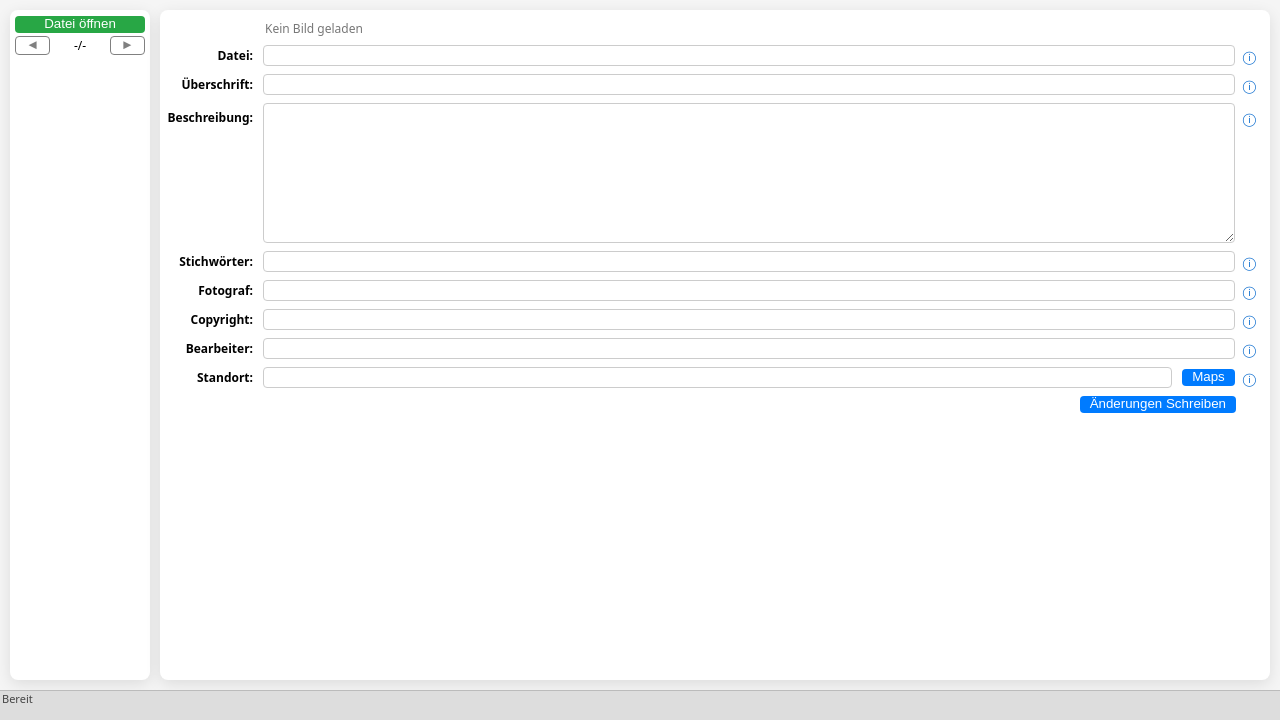
Repository: h-fahle/metadata
Page: ui/index.html
The author's editor kept a copy of each file at every save. The page is drawn from the files as they stood at one save, then again after the next save.
The browser window is 1280 px wide. The pictures show the whole page.

Above is the page before, as saved 2026-08-19 19:06:23.

### ui/index.html
<!DOCTYPE html>
<html lang="de">

<head>
	<meta charset="UTF-8">
	<title>Tauri ExifTool Test</title>
	<script src="script.js" defer></script>
	<link rel="stylesheet" href="style.css">
</head>

<body>

	<main id="main-container">

		<!-- Das Vorschaubild links -->
		<aside id="sidebar">

			<button id="file-open" onclick="dateiAuswählen()">Datei öffnen</button>

			<div id="nav">
				<button class="blaettern" onclick="blaettern(-1)">◄</button>
				<span id="img-nummer">-/-</span>
				<button class="blaettern" onclick="blaettern(1)">►</button>
			</div>

			<!-- 		<select id="menue-oeffnen" onchange="menueAktion(this)" >
				<option value="dateien">🖼️ Bilder öffnen...</option>
				<option value="ordner">📁 Ordner öffnen...</option>
			</select>
 -->
			<img id="vorschau-bild" src="" style="display:none;" />
			<div id="bild-info" style="text-align:center;">
				<span id="img-datum"></span><br>
				<span id="img-groesse"></span>
			</div>
		</aside>

		<!-- Das Formular rechts -->
		<section id="form-container">

			<div id="ordner-pfad">Kein Bild geladen</div>

			<div class="form-row">
				<label for="filename">Datei:</label>
				<input type="text" id="filename" name="filename" />
				<div class="tooltip-container">
					<span class="info-icon">ⓘ</span>
					<div class="tooltip-box">Im Einzelmodus: Änderung des Dateinamens bewirkt Umbenennung der Datei.
						Im Stapelmodus: Ordnername is nicht änderbar.!
					</div>
				</div>
			</div>

			<div class="form-row">
				<label for="caption">Überschrift:</label>
				<input type="text" id="caption" name="caption" />
				<div class="tooltip-container">
					<span class="info-icon">ⓘ</span>
					<div class="tooltip-box">Auch: (Dokument-)Titel, Schlagzeile, Headline
					</div>
				</div>
			</div>

			<div class="form-row form-row-top">
				<label for="description">Beschreibung:</label>
				<textarea id="description" name="description"></textarea>
				<div class="tooltip-container">
					<span class="info-icon">ⓘ</span>
					<div class="tooltip-box">Beschreibender Text in beliebiger Länge.
						(Im Stapelmodus wird der eingegebene Text
						&nbsp;&nbsp; an vorhandenen angehängt.)
						Hinweis: Einige Programme zeigen nur 2.000 Zeichen
						&nbsp;&nbsp; oder auch weniger an.
					</div>
				</div>
			</div>

			<div class="form-row">
				<label for="keywords">Stichwörter:</label>
				<input type="text" id="keywords" name="keywords" />
				<div class="tooltip-container">
					<span class="info-icon">ⓘ</span>
					<div class="tooltip-box">Komma-separierte Liste. Groß-/Kleinschreibung beachten.
						Im Stapelmodus werden die eingegebenen Stichwörter
						&nbsp;&nbsp; an vorhandene angehängt.
					</div>
				</div>
			</div>

			<div class="form-row">
				<label for="creator">Fotograf:</label>
				<input type="text" id="creator" name="creator" />
				<div class="tooltip-container">
					<span class="info-icon">ⓘ</span>
					<div class="tooltip-box">Urheber, Ersteller, Autor
						(Tags: Artitst, Creator, By-line)
					</div>
				</div>
			</div>

			<div class="form-row">
				<label for="copyright">Copyright:</label>
				<input type="text" id="copyright" name="copyright" />
				<div class="tooltip-container">
					<span class="info-icon">ⓘ</span>
					<div class="tooltip-box">Urheberrechtshinweis; enthält in der Regel:
						Name des Fotografen, Aufnahmejahr und Nutzungsrechte;
						(z.B. 'Copyright [1975] [Mustermann], Alle Rechte vorbehalten')
					</div>
				</div>
			</div>

			<div class="form-row">
				<label for="editor">Bearbeiter:</label>
				<input type="text" id="editor" name="editor" />
				<div class="tooltip-container">
					<span class="info-icon">ⓘ</span>
					<div class="tooltip-box">Verfasser der Metadaten
						(Tags: Caption Writer, Writer Editor)
					</div>
				</div>
			</div>

			<div class="form-row">
				<label for="position">Standort:</label>
				<input type="text" id="position" name="position" />
				<button type="button" onclick="zeigeMaps(event)" style="background: #007BFF;">Maps</button>
				<div class="tooltip-container">
					<span class="info-icon">ⓘ</span>
					<div class="tooltip-box">GPS-Koordinaten in Dezimalgrad (51.49129, 8.43317).
						Ermitteln der Koordinaten in der Google Maps-Karte:
						&nbsp; 1. mit rechter Maustaste auf den Standort klicken,
						&nbsp; 2. auf die angezeigten Koordinaten klicken,
						&nbsp; 3. der so gespeicherte Wert kann dann mit Strg+V
						&nbsp;&nbsp;&nbsp;&nbsp;&nbsp;&nbsp; kopiert werden."
					</div>
				</div>
			</div>

			<!-- Button-Leiste -->
			<div class="button-group">
				<button type="button" onclick="exifSchreiben(event)" style="background: #007BFF;">Änderungen
					Schreiben</button>
			</div>

		</section> <!-- Ende der form-containers-->
	</main> <!-- Ende des main-containers -->

	<footer id="statusleiste">
		<div id="status-text">
			Bereit
		</div>
	</footer>


</body>

</html>

### ui/script.js
let aktuellerBildPfad = "";
let bilderListe = [];
let aktuellerIndex = -1;
let status = document.getElementById('statusleiste');


function zeigeStatus(nachricht) {
    status.innerText = nachricht;
}

async function dateiAuswählen() {
    try {
        const ergebnis = await window.__TAURI__.core.invoke('plugin:dialog|open', {
            options: {
                title: 'Bilddatei für ExifTool auswählen',
                directory: false,
                multiple: false,
                filters: [
                    { name: 'Bilder', extensions: ['jpg', 'jpeg', 'png', 'gif', 'tif', 'tiff', 'webp', 'avif', 'heic', 'heif'] }
                ]
            }
        });

        if (ergebnis) {
            const pfad = typeof ergebnis === 'object' ? ergebnis.path : ergebnis;
            aktuellerBildPfad = pfad;

            // Bilderliste des Ordners auslesen
            await ladeOrdnerBilder(pfad);

            // Metadaten für das aktuelle Bild einlesen
            exifAuslesen();
        }
    } catch (fehler) {
        zeigeStatus("Dialog-Fehler: " + fehler);
    }
}

async function ladeOrdnerBilder(pfad) {
    try {
        bilderListe = await window.__TAURI__.core.invoke('hole_ordner_bilder', { dateipfad: pfad });
        // Finde den Index des aktuell geöffneten Bildes
        aktuellerIndex = bilderListe.indexOf(pfad);
    } catch (fehler) {
        console.error("Fehler beim Laden des Ordnerinhalts:", fehler);
        ausgabe.innerHTML = "<span style='color: red;'>Fehler beim Laden des Ordnerinhalts: " + fehler + "</span>";
        bilderListe = [pfad];
        aktuellerIndex = 0;
    }
}

function blaettern(richtung) {
    if (bilderListe.length === 0) return;

    aktuellerIndex += richtung;

    // Begrenzungen einhalten
    if (aktuellerIndex < 0) {
        aktuellerIndex = 0;
        return;
    }
    if (aktuellerIndex >= bilderListe.length) {
        aktuellerIndex = bilderListe.length - 1;
        return;
    }

    aktuellerBildPfad = bilderListe[aktuellerIndex];
    exifAuslesen();
}

async function exifAuslesen() {
    const pfad = aktuellerBildPfad;
    const vorschauImg = document.getElementById("vorschau-bild");

    zeigeStatus("Rufe ExifTool auf...");

    try {
        // 1. Metadaten über Rust holen
        const jsonText = await window.__TAURI__.core.invoke('lese_bild_metdaten', { dateipfad: pfad });
        const datenObjekt = JSON.parse(jsonText)[0]; 	// Das 1. JSON-Objekt im JSON-Array in JS-Objekt umwandeln

        if (bilderListe.length > 0) {
            document.getElementById('img-nummer').innerText = `${aktuellerIndex + 1}/${bilderListe.length}`;
        } else {
            document.getElementById('img-nummer').innerText = '0/0';
        }

        let aufnahmeDatum = datenObjekt.DateTimeOriginal;
        if (typeof aufnahmeDatum === 'undefined') aufnahmeDatum = '---';

        document.getElementById('img-datum').innerText = '\u{1F4F7} ' + aufnahmeDatum || '';
        document.getElementById('img-groesse').innerText = '⤢ ' + datenObjekt.ImageSize || '';

        document.getElementById('filename').value = datenObjekt.FileName || '';
        document.getElementById('caption').value = datenObjekt.CMB_Caption || '';
        document.getElementById('description').value = datenObjekt.Description || '';
        document.getElementById('keywords').value = datenObjekt.Keywords || '';
        document.getElementById('creator').value = datenObjekt.Creator || '';
        document.getElementById('copyright').value = datenObjekt.Copyright || '';
        document.getElementById('editor').value = datenObjekt.CMB_Editor || '';
        document.getElementById('position').value = datenObjekt.GPSPosition || '';

        const vollerPfad = pfad;
        // Erkennt automatisch Linux-Schrägstriche (/) und Windows-Backslashes (\)
        const letzterSlash = Math.max(vollerPfad.lastIndexOf('/'), vollerPfad.lastIndexOf('\\'));
        let ordner = "Unbekannt";
        if (letzterSlash !== -1) {
            ordner = vollerPfad.substring(0, letzterSlash);
        }
        // Den berechneten Ordnerpfad in das neue Label schreiben
        document.getElementById('ordner-pfad').innerText = ordner;

        // Wir nehmen das erste Element der Liste (ExifTool liefert immer ein Array)
        zeigeStatus(jsonText);

        // Wir fragen Rust nach dem besten Weg für das Bild
        const vorschauErgebnis = await window.__TAURI__.core.invoke('hole_vorschaubild', { dateipfad: pfad });

        if (vorschauErgebnis === "STANDARD") {
            // Normales JPG/PNG über das Asset-Protokoll
            const assetUrl = window.__TAURI__.core.convertFileSrc(pfad);
            vorschauImg.src = assetUrl + "?t=" + new Date().getTime();
        } else if (vorschauErgebnis.startsWith("data:[embedded picture, 23 characters]")) {
            // TIF/TIFF über den im RAM kompilierten Rust-Wandler
            vorschauImg.src = vorschauErgebnis;
        }

        vorschauImg.style.display = "block";

    } catch (fehler) {
        zeigeStatus("Fehler: " + fehler);
        vorschauImg.style.display = "none";
    }
}

async function zeigeMaps(event) {
    event.preventDefault()
    let gps = document.getElementById('position').value;

    try {
        // Ruft direkt unsere eigene, sichere Rust-Funktion auf
        await window.__TAURI__.core.invoke('oeffne_maps_browser', {
            gpsString: gps
        });
    } catch (fehler) {
        console.error("Fehler:", fehler);
        ausgabe.innerHTML = "<span style='color: red;'>Fehler bei öffnen Maps: " + fehler + "</span>";
    }
}

async function exifSchreiben(ereignis) {
    if (ereignis) ereignis.preventDefault();  // verbietet dem Browser den automatischen Seiten-Reset!

    const pfad = aktuellerBildPfad;

    zeigeStatus("Speichere Daten über ExifTool...");

    // Wir sammeln alle aktuellen Werte aus den Eingabefeldern ein
    const daten = {
        dateipfad: pfad,
        filename: document.getElementById('filename').value,
        caption: document.getElementById('caption').value,
        description: document.getElementById('description').value,
        keywords: document.getElementById('keywords').value.split(',').map(s => s.trim()).join(', '),
        creator: document.getElementById('creator').value,
        copyright: document.getElementById('copyright').value,
        editor: document.getElementById('editor').value,
        gps: document.getElementById('position').value
    };

    try {
        // Wir schicken das gesamte Paket an die Rust-Funktion 'schreibe_bild_metdaten'
        const antwort = await window.__TAURI__.core.invoke('schreibe_bild_metdaten', daten);

        // Bei Erfolg zeigen wir die Meldung in grüner Schrift an
        zeigeStatus(antwort);

        // 2. Da der Pfad dank preventDefault() jetzt bombenfest im Feld stehen bleibt,
        // funktioniert das Neuladen nun augenblicklich und fehlerfrei!
        await exifAuslesen();

    } catch (fehler) {
        // Falls etwas schiefgeht (z.B. Datei schreibgeschützt), zeigen wir den Fehler an
        zeigeStatus("Fehler: " + fehler);
    }
}

### ui/style.css
/* 1. Das App-Fenster exakt auf 100% fixieren (kein äußeres Scrollen) */
html, body {
	margin: 0;
	padding: 0;
	height: 100vh;
	width: 100vw;
	overflow: hidden; /* Verhindert jegliche äußere Scrollbalken */
	background: #f5f5f5;
	font-family: sans-serif;
	font-size: 12px;
	display: flex;
	flex-direction: column; /* Hauptinhalt oben, Statusleiste unten */
	font-family: system-ui, -apple-system, "Segoe UI", Roboto, Helvetica, Arial, sans-serif;
}

/* Allumfassender Box-Sizing-Fix für die gesamte App */
*, *::before, *::after {
	box-sizing: border-box;
}

/* 2. Der Hauptbereich füllt den gesamten oberen Platz aus */
#main-container {
	flex: 1;
	display: flex;
	flex-direction: row; /* Elemente nebeneinander */
	gap: 10px;
	padding: 10px;
	overflow: hidden; /* Verhindert, dass Riesen-Inhalte das Fenster sprengen */
}

/* 3. LINKS: Die Sidebar mit fester Breite */
#sidebar {
	width: 140px;
	min-width: 140px; /* Lässt die Sidebar niemals schrumpfen */
	background-color: #ffffff;
	border-radius: 8px;
	padding: 5px;
	box-shadow: 0 4px 15px rgba(0, 0, 0, 0.1);
}

/* 4. RECHTS: Das Formular nimmt den gesamten Rest ein und wächst mit */
#form-container {
	flex: 1; /* Nimmt 100% des restlichen Platzes ein */
	min-width: 0; /* Erlaubt Flexbox, die Box bei Bedarf zu verkleinern */
	background-color: #ffffff;
	border-radius: 8px;
	padding: 10px;
	display: flex;
	flex-direction: column;
	gap: 8px;
	box-shadow: 0 4px 15px rgba(0, 0, 0, 0.1);
}

/* Jede Zeile wird zu einer horizontalen Flexbox */
.form-row {
	display: flex !important;
	flex-direction: row;
	align-items: center; /* Richtet Label und Input vertikal mittig zueinander aus */
	gap: 10px;           /* Abstand zwischen Label und Input */
	width: 100%;
}

/* Die Labels bekommen eine feste Breite, damit alle Inputs sauber untereinander starten */
.form-row label {
	width: 95px;         /* Breite je nach längstem Label-Text anpassen */
	min-width: 95px;     /* Verhindert, dass das Label zusammengedrückt wird */
	text-align: right;   /* Optional: Richtet den Text rechtsbündig zum Input aus */
	font-weight: bold;
	margin-left: -12px;
}

/* Die Eingabefelder füllen jetzt den gesamten restlichen Platz der Zeile aus */
.form-row input,
.form-row textarea {
	flex: 1;             /* Zwingt das Input-Feld, den Rest der Zeile einzunehmen */
	width: 100%;
	min-width: 0;        /* Erlaubt dem Input, bei sehr kleinen Fenstern stabil zu schrumpfen */
	/* padding: 8px; */
	border: 1px solid #ccc;
	border-radius: 4px;
	padding: 2px;
	-webkit-font-smoothing: antialiased;
}
.form-row textarea {
	min-height: 140px;
}

/* Ändert die Ausrichtung für diese spezielle Zeile nach oben */
.form-row-top {
	align-items: flex-start !important; /* Richtet Label, Textarea und Icon oben aus */
}
.form-row-top label,
.form-row-top .tooltip-container {
	padding-top: 6px; /* Verhindert, dass das Label zu weit oben klebt */
}


/* 5. UNTEN: Die Statusleiste mit fixer Höhe und eigenem Scrollbalken */
#statusleiste {
	height: 30px; /* Feste Höhe für ca. 2 Zeilen Text */
	min-height: 30px;
	border-top: 1px solid #bbb;
	background-color: #ddd;
	font-size: 11px;
	color: #444;
	padding: 0 2px;
	overflow-y: auto; /* Vertikaler Scrollbalken erscheint NUR bei Bedarf */
	overflow-x: hidden; /* Verhindert horizontales Scrollen in der Statusleiste */
	-webkit-font-smoothing: antialiased;
}

div#nav {
	width: 130px;
	display: flex;
	justify-content: space-between;
	align-items: center;
	margin-bottom: 10px;
}

#vorschau-bild {
	width: 130px;
	height: auto;
	border: 1px outset gray;
}


/* Container des Formulars ----------------------------------------- */
#mein-formular-container {
	flex-grow: 1;
	margin: 0;
	padding: 5px 10px;
	background-color: #ffffff;
	border-radius: 8px;
	box-shadow: 0 4px 15px rgba(0, 0, 0, 0.1);
	font-family: Arial, sans-serif;
}

#mein-formular-container div {
	display: flex;
	align-items: center;
	margin: 6px 0;
	/* Geringer Zeilenabstand */
	width: 100%;
	margin-top: 5px;
	/* Kleiner Abstand nach oben */
	margin-bottom: 5px;
	/* Kleiner Abstand nach unten */
}

#ordner-pfad {
	margin-left: 95px !important;
	color: #777777;
}


/* Bedien-Elemente -------------------------------------------- */
button {
	padding: 0px 10px 2px 10px;
	cursor: pointer;
	background: #28a745;
	color: white;
	border: none;
	border-radius: 4px;
}

button#file-open {
	width: 130px;
	margin-bottom: 3px;
}

button.blaettern {
	border: 1px solid gray;
	color: gray;
	background-color: white;
}

/* Der Absendeknopf richtet sich nach den Eingabefeldern aus */
.button-group {
	display: flex;
	justify-content: flex-end;
	margin-right: 24px;
}

.button-group button {
	margin-left: 5px;
}

select {
	-moz-appearance: none;
	-webkit-appearance: none;
	appearance: none;
	border: none;
	border-radius: 4px;
	background: #28a745;
	color: white;
	width: 120px;
}


/* Tooltip ---------------------------------------------------------- */

/* Container für das Icon und die Box */
.tooltip-container {
	position: relative; /* Wichtig, damit sich die Box am Icon ausrichtet */
	display: inline-flex;
	align-items: center;
	cursor: help;       /* Zeigt das Fragezeichen/Hilfe-Symbol als Mauszeiger */
	margin-left: -6px;
}

/* Das Info-Icon selbst */
.info-icon {
	color: #0066cc;     /* Schönes Info-Blau */
	padding: 0 4px;
	font-size: 13px;
}

/* Die selbstdefinierte Tooltip-Box (Standardmäßig versteckt) */
.tooltip-box {
	position: absolute;
	bottom: 125%;       /* Platziert die Box direkt ÜBER dem Icon */
	right: 0;           /* Richtet die Box am rechten Rand des Icons aus */

	width: max-content;
	max-width: 400px;      /* Verhindert, dass der Tooltip bei sehr viel Text das Fenster sprengt */
	white-space: pre-line;

	background-color: lightyellow;
	color: black;
	border: 1px solid gray;
	padding: 2px 4px;
	border-radius: 6px;
	font-size: 11px;
	line-height: 1.4;
	box-shadow: 0 4px 10px rgba(0, 0, 0, 0.2);
	z-index: 1001;      /* Über der Statusleiste (1000), falls sie sich überschneiden */

	/* Animation & Verstecken */
	opacity: 0;
	visibility: hidden;
	transition: opacity 0.2s ease-in-out, visibility 0.2s;
	pointer-events: none; /* Verhindert, dass die Box beim unabsichtlichen Drüberfahren flackert */
}

/* Der kleine Pfeil unten an der Tooltip-Box (Optional) */
.tooltip-box::after {
	content: "";
	position: absolute;
	top: 100%;          /* Am unteren Rand der Box */
	right: 8px;         /* Ausrichtung passend zum Icon */
	border-width: 5px;
	border-style: solid;
	border-color: #333333 transparent transparent transparent;
}

/* HOVER-EFFEKT: Wenn man über das Icon ODER den Container fährt, wird die Box sichtbar */
.tooltip-container:hover .tooltip-box {
	opacity: 1;
	visibility: visible;
}

After the next save:
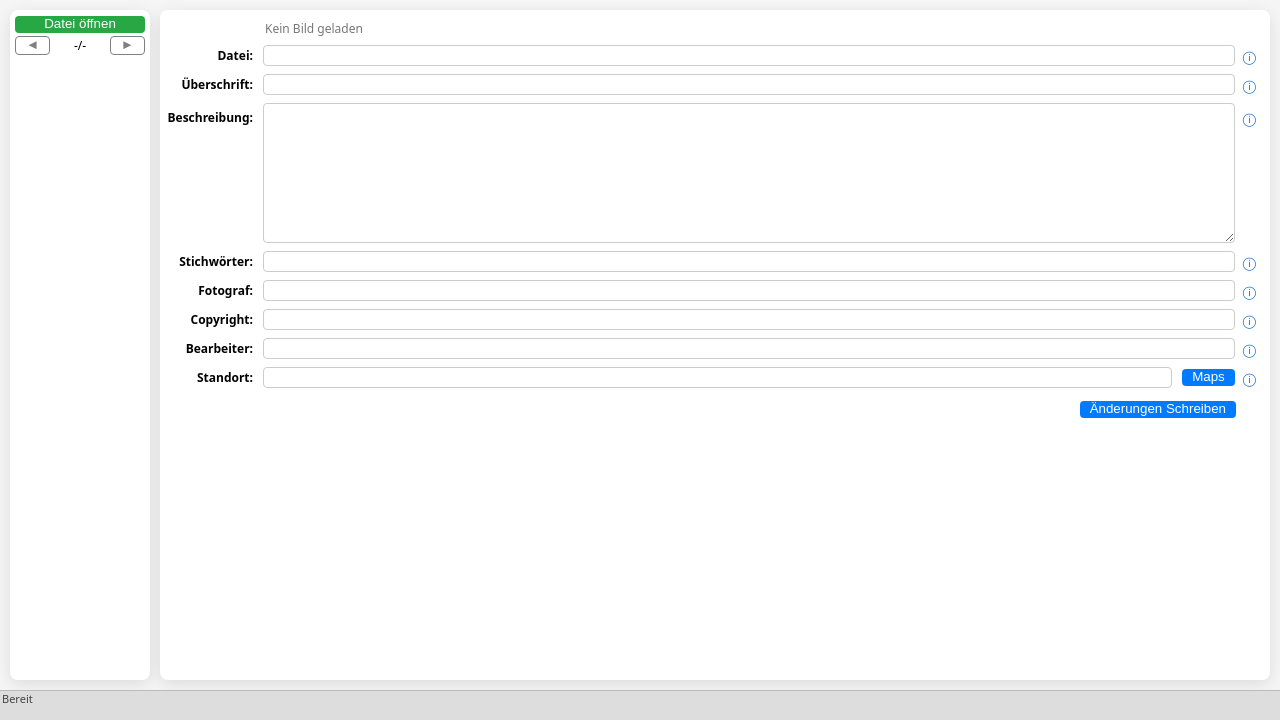
Saved 50 s later.
--- a/ui/style.css
+++ b/ui/style.css
@@ -178,7 +178,7 @@ button.blaettern {
 .button-group {
 	display: flex;
 	justify-content: flex-end;
-	margin-right: 24px;
+	margin: 5px 24px 0 0;
 }
 
 .button-group button {
